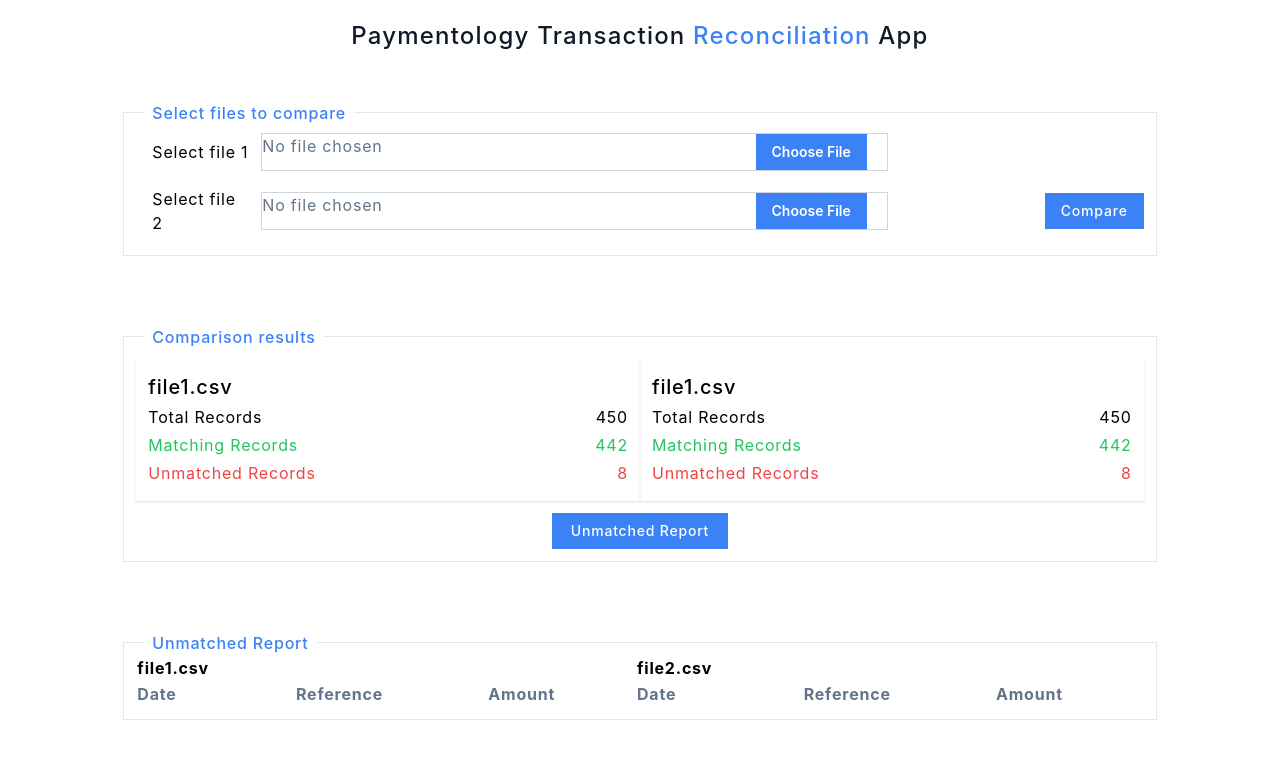
Repository: chionye/paymentology-front
Page: /
An editor plug-in stored every save of this project. The page is shown before and after the next save, followed by the edit.
The browser window is 1280 px wide. The pictures show the whole page.
The project was rebuilt for these pictures with package versions that can differ from the ones it lists, and the page was loaded fresh each time.

Above is the page before, as saved 2022-03-16 19:12:57.

After the next save:
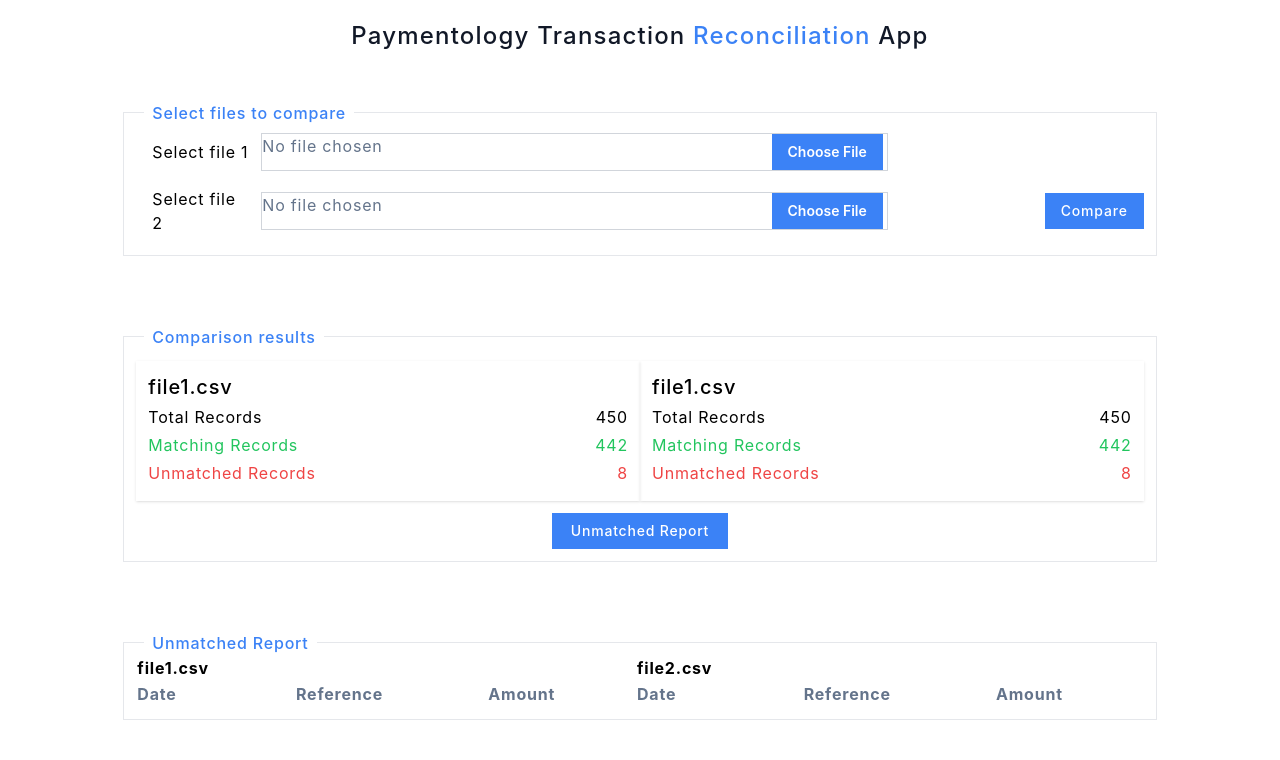
Saved 22 s later.
--- a/src/index.css
+++ b/src/index.css
@@ -13,7 +13,7 @@ body {
 
 input[type=file]::file-selector-button {
   float: right;
-  margin:0px 20px 0px 0px;
+
 }
 input[type=file]::-ms-browse {
   float: right;
